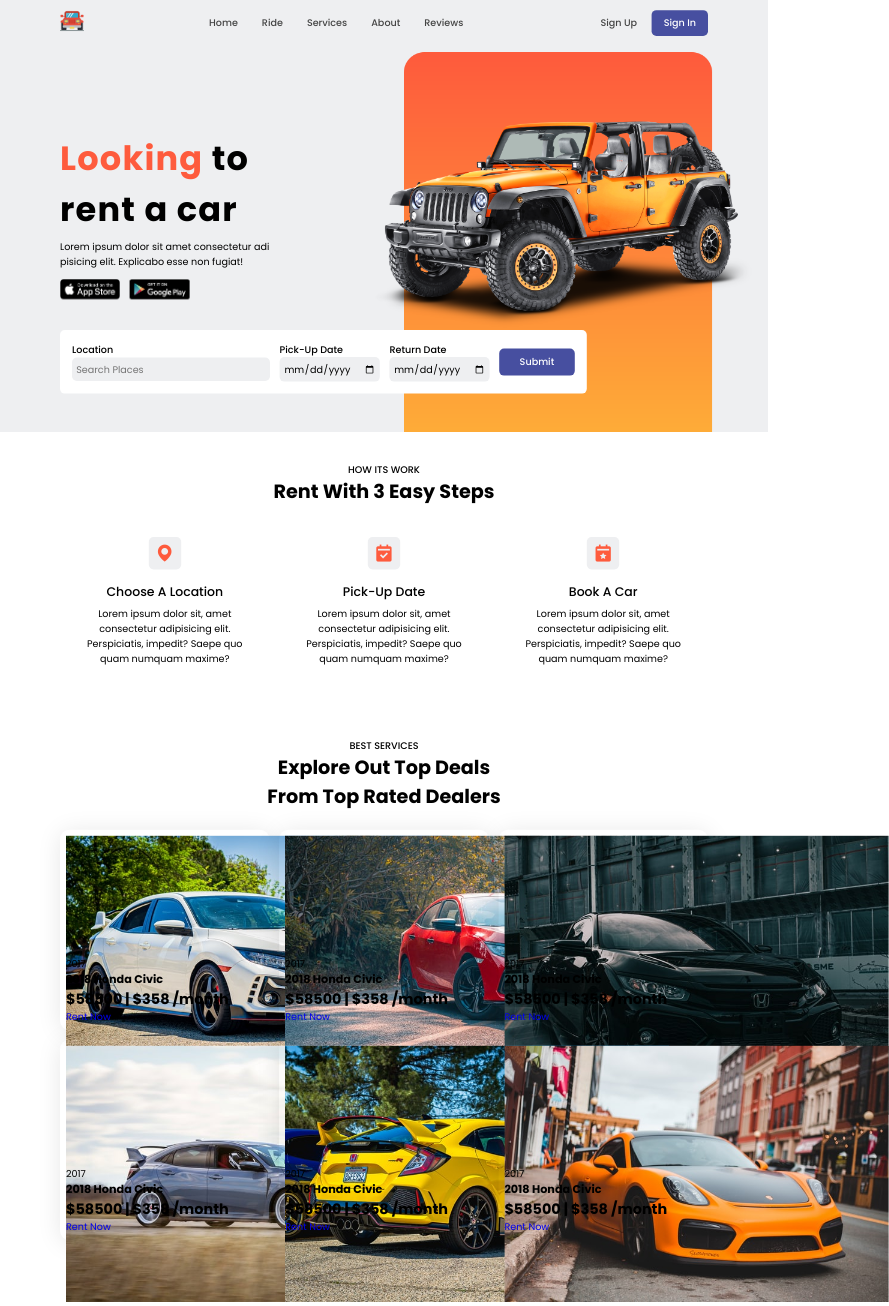
Repository: douglasabnovato/car-rental
Page: index.html
These files come from the project's save history. The page is drawn as it stood at one moment and after the next save; the edit follows.
The browser window is 1280 px wide. The page is 1481 px wide, then 1280 px, so the pictures cover 1481 px, including what lies to the right of the window. The pictures show the whole page, at 60% of full size.

Above is the page before, as saved 2025-05-16 15:10:48.

### index.html
<!DOCTYPE html>
<html lang="en">
  <head>
    <meta charset="UTF-8" />
    <meta name="viewport" content="width=device-width, initial-scale=1.0" />
    <title>Car Rental</title>
    <link
      rel="stylesheet"
      href="https://cdn.jsdelivr.net/npm/boxicons@latest/css/boxicons.min.css"
    />
    <link rel="stylesheet" href="./style.css" />
  </head>
  <body>
    <!-- Header -->
    <header>
      <a href="#" class="logo"
        ><img src="./assets/jeep.png" alt="logo da car rental" srcset=""
      /></a>
      <div class="bx bx-menu" id="menu-icon"></div>
      <ul class="navbar">
        <li><a href="#home">Home</a></li>
        <li><a href="#ride">Ride</a></li>
        <li><a href="#services">Services</a></li>
        <li><a href="#about">About</a></li>
        <li><a href="#reviews">Reviews</a></li>
      </ul>
      <div class="header-btn">
        <a href="#" class="sign-up">Sign Up</a>
        <a href="#" class="sign-in">Sign In</a>
      </div>
    </header>

    <!-- Home -->
    <section class="home" id="home">
      <div class="text">
        <h1>
          <span>Looking</span> to <br />
          rent a car
        </h1>
        <p>
          Lorem ipsum dolor sit amet consectetur adi <br />
          pisicing elit. Explicabo esse non fugiat!
        </p>
        <div class="app-stores">
          <img src="./assets/ios.png" alt="" />
          <img src="./assets/play.png" alt="" />
        </div>
      </div>
      <div class="form-container">
        <form action="">
          <div class="input-box">
            <span>Location</span>
            <input type="search" name="" id="" placeholder="Search Places" />
          </div>
          <div class="input-box">
            <span>Pick-Up Date</span>
            <input type="date" name="" id="" />
          </div>
          <div class="input-box">
            <span>Return Date</span>
            <input type="date" name="" id="" />
          </div>
          <input type="submit" name="" id="" class="btn" />
        </form>
      </div>
    </section>

    <!-- Ride -->
    <section class="ride" id="ride">
      <div class="heading">
        <span>How Its Work</span>
        <h1>Rent With 3 Easy Steps</h1>
      </div>
      <div class="ride-container">
        <div class="box">
          <i class="bx bxs-map"></i>
          <h2>Choose A Location</h2>
          <p>
            Lorem ipsum dolor sit, amet consectetur adipisicing elit.
            Perspiciatis, impedit? Saepe quo quam numquam maxime?
          </p>
        </div>
        <div class="box">
          <i class="bx bxs-calendar-check"></i>
          <h2>Pick-Up Date</h2>
          <p>
            Lorem ipsum dolor sit, amet consectetur adipisicing elit.
            Perspiciatis, impedit? Saepe quo quam numquam maxime?
          </p>
        </div>
        <div class="box">
          <i class="bx bxs-calendar-star"></i>
          <h2>Book A Car</h2>
          <p>
            Lorem ipsum dolor sit, amet consectetur adipisicing elit.
            Perspiciatis, impedit? Saepe quo quam numquam maxime?
          </p>
        </div>
      </div>
    </section>

    <!-- Services -->
    <section class="services" id="services">
      <div class="heading">
        <span>Best Services</span>
        <h1>
          Explore Out Top Deals <br />
          From Top Rated Dealers
        </h1>
      </div>
      <div class="services-container">
        <div class="box">
          <div class="box-img">
            <img src="./assets/car1.jpg" alt="car1" />
          </div>
          <p>2017</p>
          <h3>2018 Honda Civic</h3>
          <h2>$58500 | $358 <span> /month</span></h2>
          <a href="#" class="btn">Rent Now</a>
        </div>

        <div class="box">
          <div class="box-img">
            <img src="./assets/car2.jpg" alt="car1" />
          </div>
          <p>2017</p>
          <h3>2018 Honda Civic</h3>
          <h2>$58500 | $358 <span> /month</span></h2>
          <a href="#" class="btn">Rent Now</a>
        </div>

        <div class="box">
          <div class="box-img">
            <img src="./assets/car3.jpg" alt="car1" />
          </div>
          <p>2017</p>
          <h3>2018 Honda Civic</h3>
          <h2>$58500 | $358 <span> /month</span></h2>
          <a href="#" class="btn">Rent Now</a>
        </div>

        <div class="box">
          <div class="box-img">
            <img src="./assets/car4.jpg" alt="car1" />
          </div>
          <p>2017</p>
          <h3>2018 Honda Civic</h3>
          <h2>$58500 | $358 <span> /month</span></h2>
          <a href="#" class="btn">Rent Now</a>
        </div>

        <div class="box">
          <div class="box-img">
            <img src="./assets/car5.jpg" alt="car1" />
          </div>
          <p>2017</p>
          <h3>2018 Honda Civic</h3>
          <h2>$58500 | $358 <span> /month</span></h2>
          <a href="#" class="btn">Rent Now</a>
        </div>

        <div class="box">
          <div class="box-img">
            <img src="./assets/car6.jpg" alt="car1" />
          </div>
          <p>2017</p>
          <h3>2018 Honda Civic</h3>
          <h2>$58500 | $358 <span> /month</span></h2>
          <a href="#" class="btn">Rent Now</a>
        </div>
      </div>
    </section>

    <!-- Link to JS -->
    <script src="./script.js"></script>
  </body>
</html>

### style.css
@import url("https://fonts.googleapis.com/css2?family=Noto+Sans:ital,wght@0,100..900;1,100..900&family=Poppins:ital,wght@0,100;0,200;0,300;0,400;0,500;0,600;0,700;0,800;0,900;1,100;1,200;1,300;1,400;1,500;1,600;1,700;1,800;1,900&display=swap");

* {
  margin: 0;
  padding: 0;
  box-sizing: border-box;
  scroll-padding-top: 2rem;
  scroll-behavior: smooth;
  list-style: none;
  text-decoration: none;
  font-family: "Poppins", sans-serif;
}

:root {
  --main-color: #fe5b3d;
  --second-color: #ffac38;
  --text-color: #444;
  --gradient: linear-gradient(#fe5b3d, #ffac38);
}

html::-webkit-scrollbar {
  width: 0.5rem;
}

html::-webkit-scrollbar-track {
  background: transparent;
}

html::-webkit-scrollbar-thumb {
  background: var(--main-color);
  border-radius: 5rem;
}

section {
  padding: 50px 100px;
}

/* Header */

header {
  position: fixed;
  width: 100%;
  top: 0;
  right: 0;
  z-index: 1000;
  display: flex;
  align-items: center;
  justify-content: space-between;
  background: #eeeff1;
  padding: 15px 100px;
}

.logo img {
  width: 40px;
}

.navbar {
  display: flex;
}

.navbar li {
  position: relative;
}

.navbar a {
  font-size: 1rem;
  padding: 10px 20px;
  color: var(--text-color);
  font-weight: 500;
}

.navbar a:after {
  content: "";
  width: 0;
  height: 3px;
  background: var(--gradient);
  position: absolute;
  bottom: -4px;
  left: 0;
  transition: 0.5s;
}

.navbar a:hover::after {
  width: 100%;
}

#menu-icon {
  font-size: 24px;
  cursor: pointer;
  z-index: 10001;
  display: none;
}

.header-btn a {
  padding: 10px 20px;
  color: var(--text-color);
  font-weight: 500;
}

.header-btn .sign-in {
  background: #474fa0;
  color: #fff;
  border-radius: 0.5rem;
}

.header-btn .sign-in:hover {
  background: var(--main-color);
}

/* Home */
.home {
  width: 100%;
  min-height: 100vh;
  position: relative;
  background: url(./assets/Car\ Website\ –\ 1@2x.png);
  background-repeat: no-repeat;
  background-position: center right;
  background-size: cover;
  display: grid;
  align-items: center;
  grid-template-columns: repeat(2, 1fr);
}

.text h1 {
  font-size: 3.5rem;
  letter-spacing: 2px;
}

.text span {
  color: var(--main-color);
}

.text p {
  margin: 0.5rem 0 1rem;
}

.app-stores {
  display: flex;
}

.app-stores img {
  width: 100px;
  margin-right: 1rem;
  cursor: pointer;
}

.form-container form {
  display: flex;
  flex-wrap: wrap;
  align-items: center;
  gap: 1rem;
  position: absolute;
  bottom: 4rem;
  left: 100px;
  background: #fff;
  padding: 20px;
  border-radius: 0.5rem;
}

.input-box {
  flex: 1 1 7rem;
  display: flex;
  flex-direction: column;
}

.input-box span {
  font-weight: 500;
}

.input-box input {
  padding: 7px;
  outline: none;
  border: none;
  background: #eeeff1;
  border-radius: 0.5rem;
  font-size: 1rem;
}

.form-container form .btn {
  flex: 1 1 7rem;
  padding: 10px 34px;
  border: none;
  border-radius: 0.5rem;
  background: #474fa0;
  color: #fff;
  font-size: 1rem;
  font-weight: 500;
}

.form-container form .btn:hover {
  background: var(--main-color);
  cursor: pointer;
}

/* Ride */
.heading {
  text-align: center;
}

.heading span {
  font-weight: 500;
  text-transform: uppercase;
}

.heading h1 {
  font-size: 2rem;
}

.ride-container {
  display: grid;
  align-items: center;
  grid-template-columns: repeat(auto-fit, minmax(250px, auto));
  gap: 1rem;
  margin-top: 2rem;
}

.ride-container .box {
  text-align: center;
  padding: 20px;
}

.ride-container .box .bx {
  font-size: 34px;
  padding: 10px;
  background: #eeeff1;
  border-radius: 0.5rem;
  color: var(--main-color);
}

.ride-container .box h2 {
  font-size: 1.3rem;
  font-weight: 500;
  margin: 1.4rem 0 0.5rem;
}

.ride-container .box .bx:hover,
.ride-container .box .bx .bxs-calendar-star {
  background: var(--gradient);
  color: #fff;
}

/* Services */
.services-container {
  display: grid;
  grid-template-columns: repeat(auto-fit, minmax(300px, auto));
  gap: 1rem;
  margin-top: 2rem;
}

.services-container .box {
  padding: 10px;
  border-radius: 1rem;
  box-shadow: 1px 4px 41px rgba(0, 0, 0, 0.1);
}

.services-container .box .box-img {
    width: 100%;
    height: 200px;
}

Loaded but not shown: script.js (no stored copy; drawn as an empty file)

After the next save:
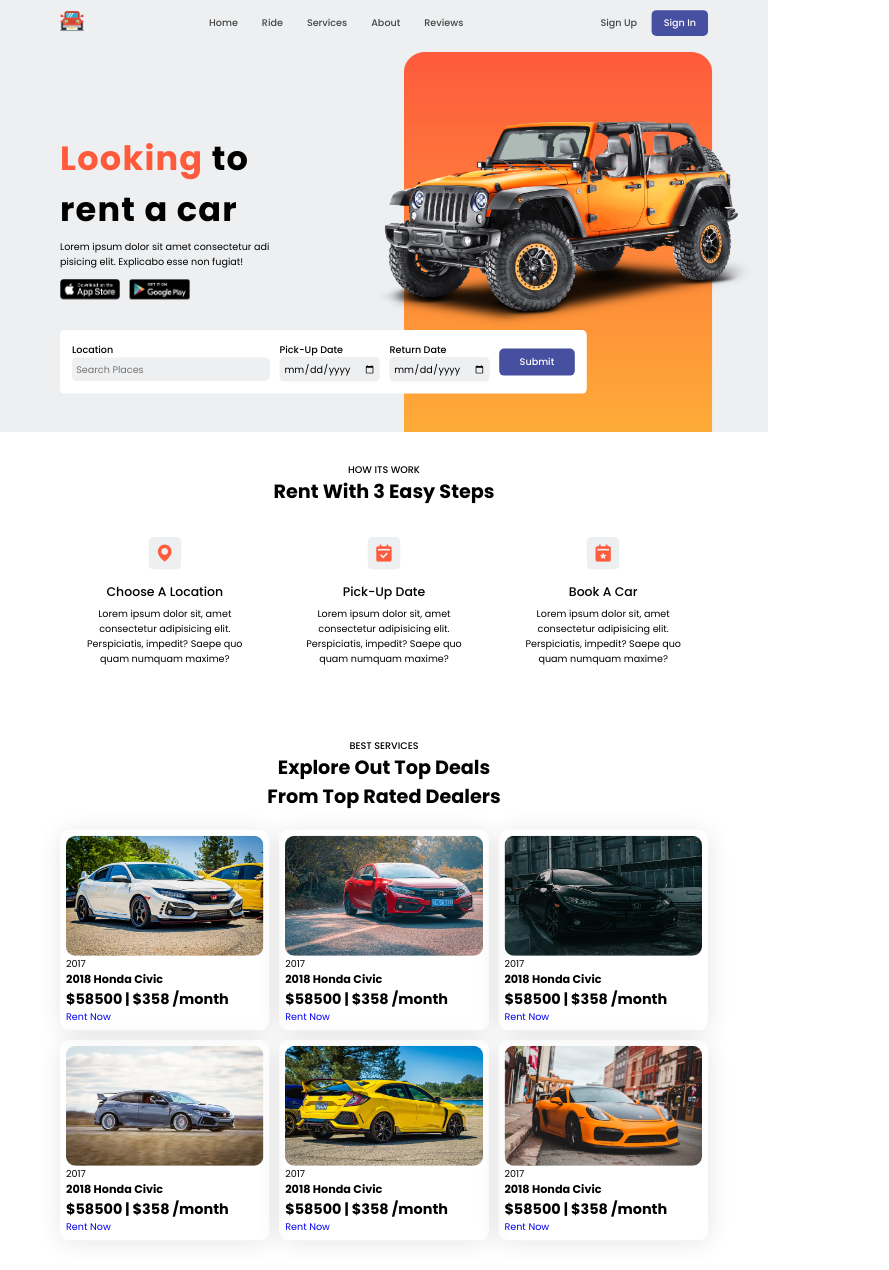
Saved 28 s later.
--- a/style.css
+++ b/style.css
@@ -257,3 +257,9 @@ header {
     width: 100%;
     height: 200px;
 }
+
+.services-container .box .box-img img {
+    width: 100%;
+    height: 100%;
+    border-radius: 1rem;
+}
